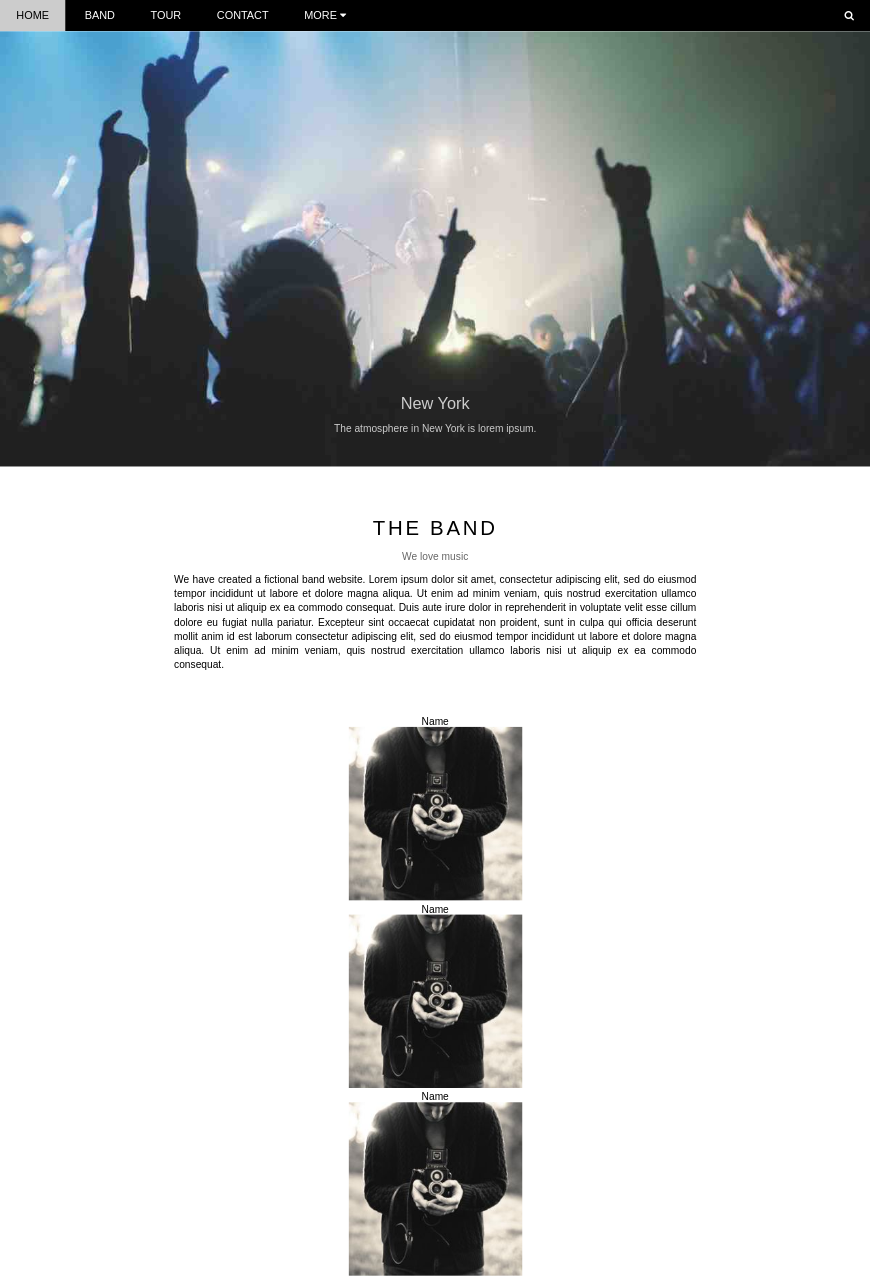
Repository: nguyenhoang2002062929/band
Page: index.html
An editor plug-in stored every save of this project. The page is shown before and after the next save, followed by the edit.
The browser window is 1280 px wide. The pictures show the whole page, at 68% of full size.

Above is the page before, as saved 2023-06-04 15:14:30.

After the next save:
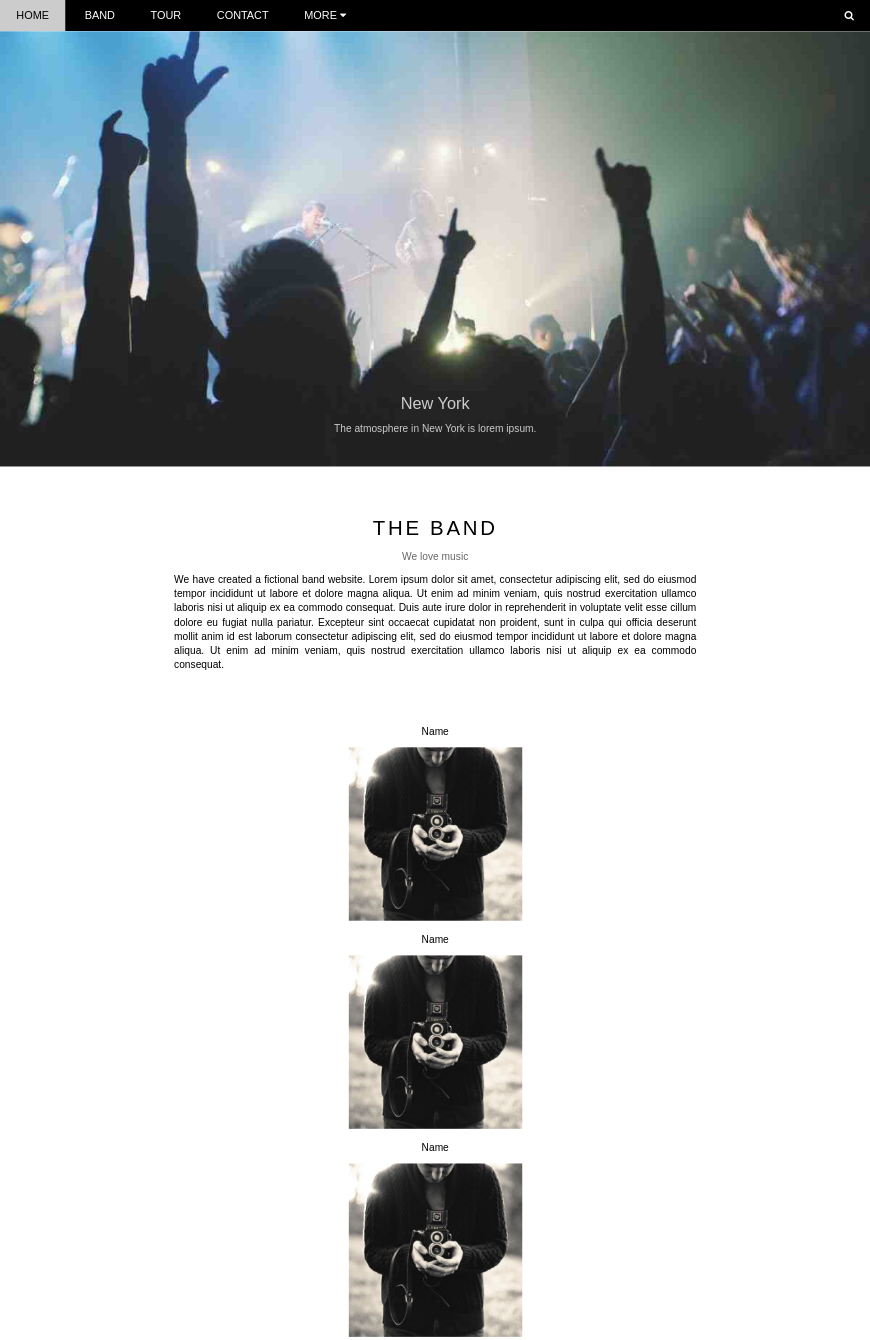
Saved 54 s later.
--- a/assets/css/style.css
+++ b/assets/css/style.css
@@ -126,4 +126,5 @@ cursor: pointer;
 }
 .member-text{
     font-size: 15px;
+    margin: 15px 0;
 }
